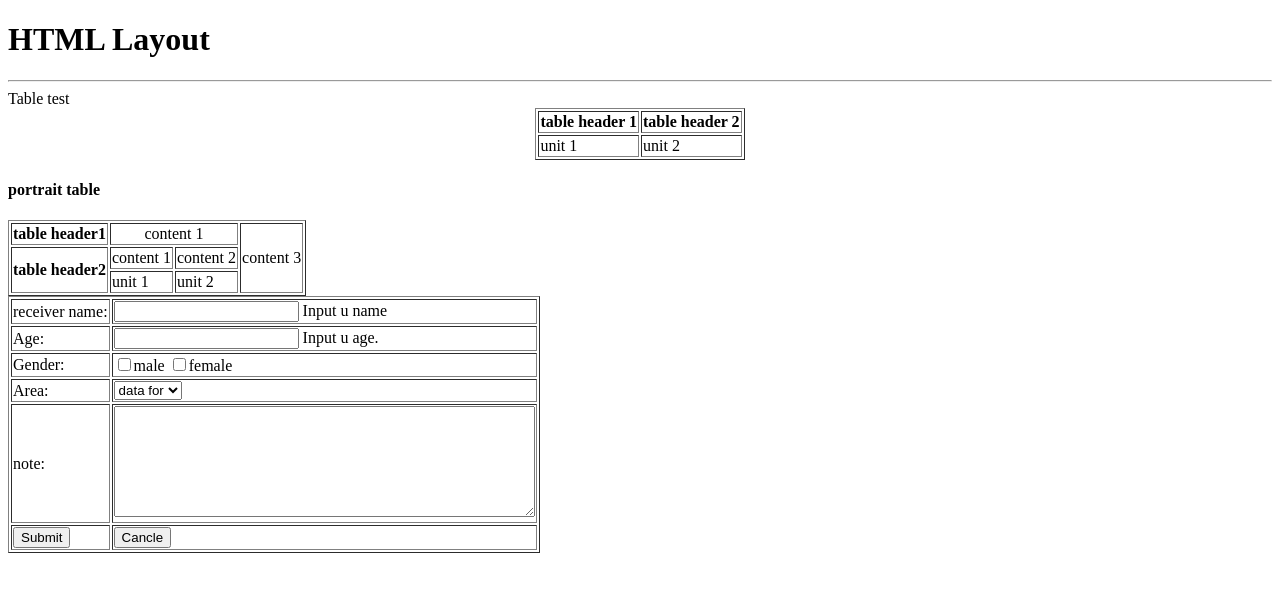
Repository: libelosophy/anjoyo
Page: workspace/QTalk/WebContent/html/table.html
An editor plug-in stored every save of this project. The page is shown before and after the next save, followed by the edit.
The browser window is 1280 px wide. The pictures show the whole page.

Above is the page before, as saved 2013-09-09 12:11:08.

After the next save:
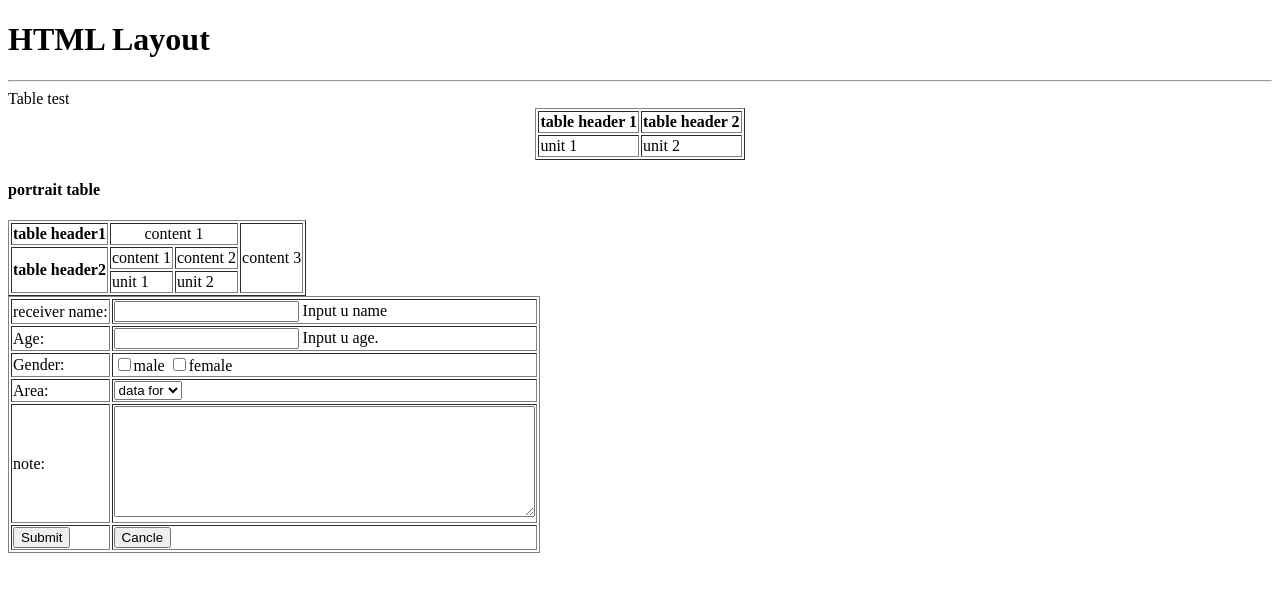
Saved 2 min 44 s later.
--- a/workspace/QTalk/WebContent/html/table.html
+++ b/workspace/QTalk/WebContent/html/table.html
@@ -45,7 +45,7 @@
 	</table>
 
 	<form action="提交到服务器的哪个页面" method="POST|GET">
-		<table border="1" cellspcace="2">
+		<table border="1" cellspcace="2" frame="border">
 			<tr>
 				<td>receiver name:</td>
 				<td><input type="text" name="name" size="20" /> Input u name</td>
